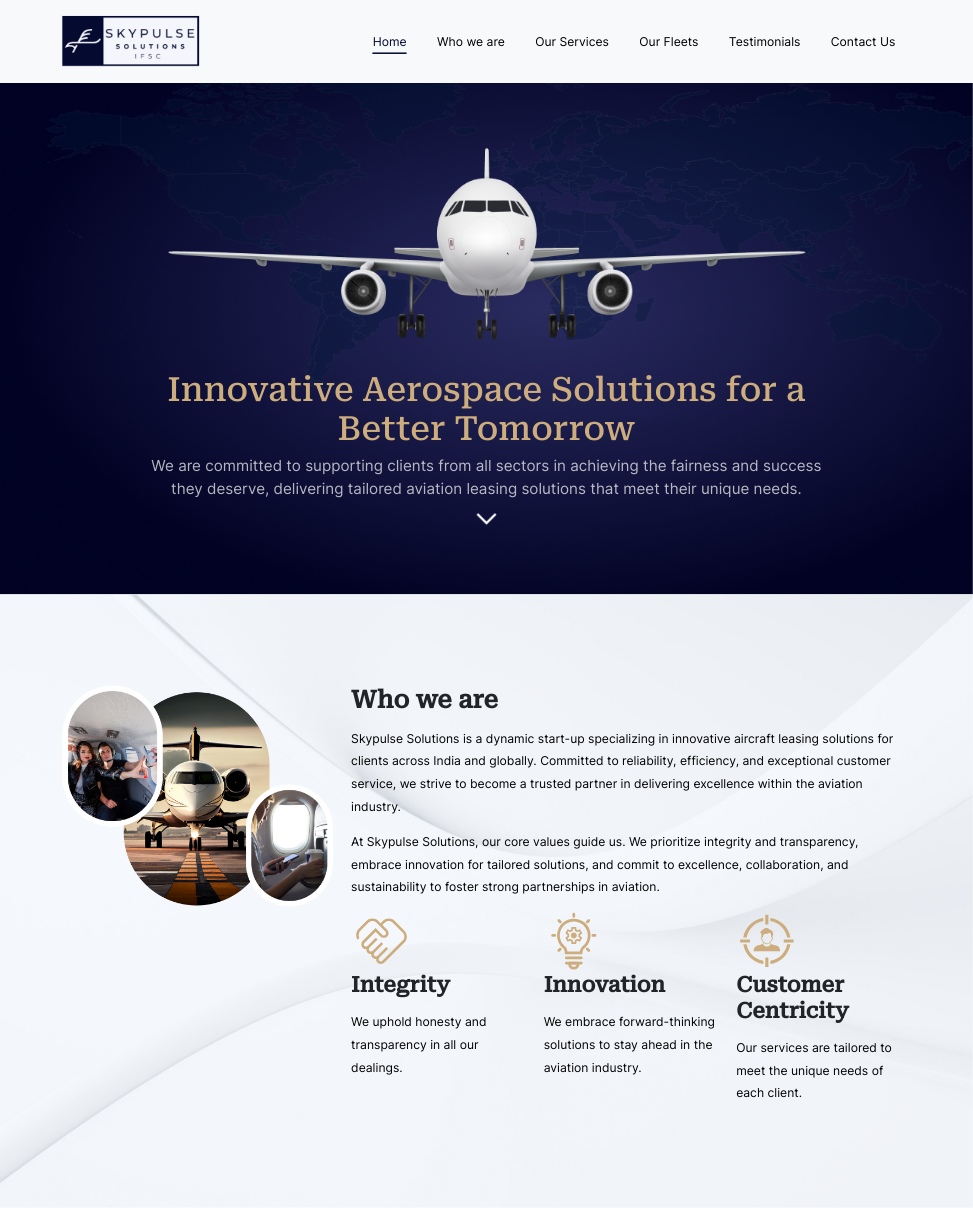
Repository: mangalravi/SkyPulse
Page: index.html
These files come from the project's save history. The page is drawn as it stood at one moment and after a run of saves; the edit follows.
The browser window is 1280 px wide. The pictures show the whole page, at 76% of full size.

Above is the page before, as saved 2024-12-30 10:27:08.

After the next 2 saves:
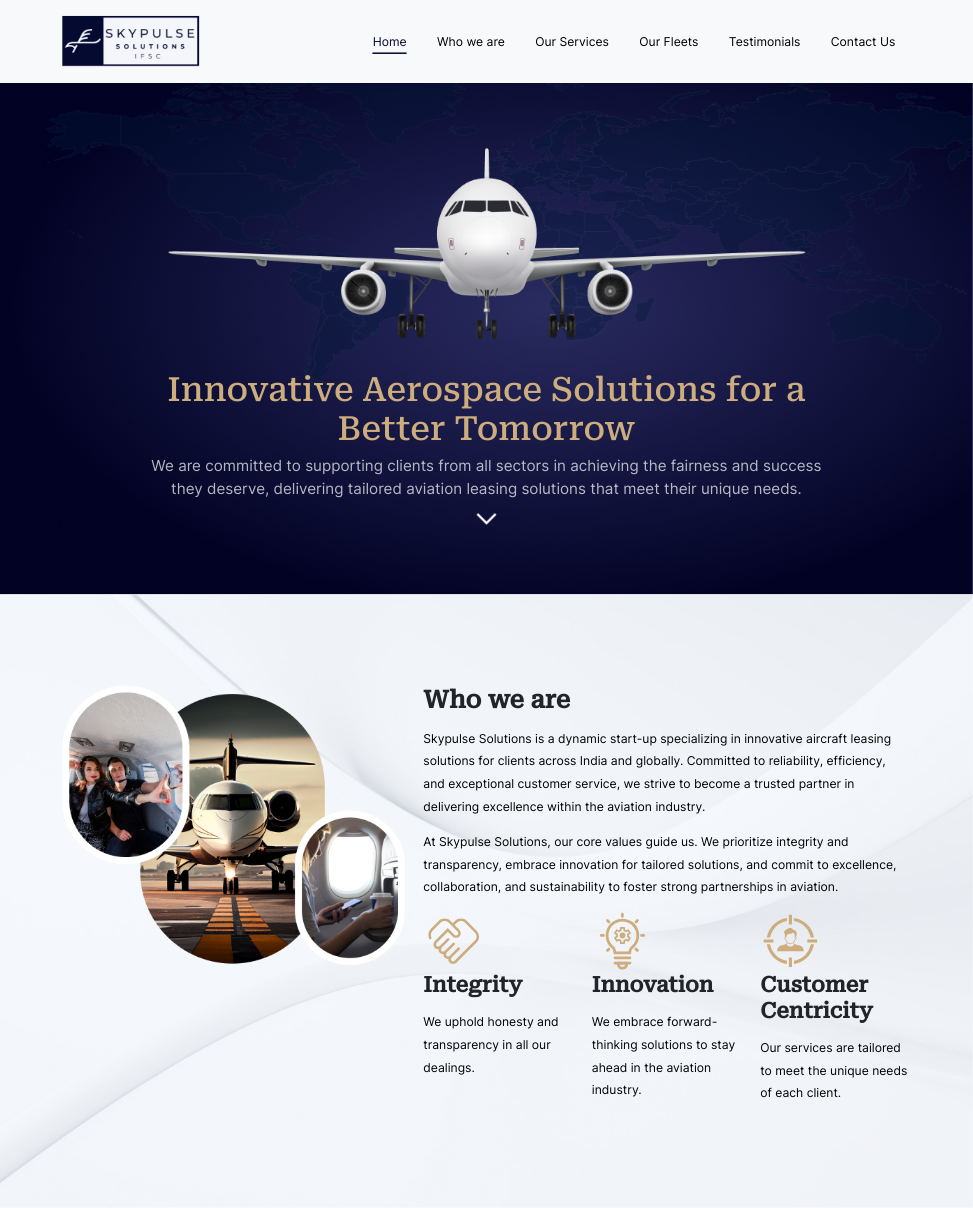
The 2 saves are shown as one change because they came seconds apart.
The last was saved 21 s later.
--- a/index.html
+++ b/index.html
@@ -76,10 +76,10 @@
    <section class="who-we-are" style="background:url(content/images/who-we-are-bg.jpg)">
     <div class="container">
       <div class="row justify-content-center">
-        <div class="col-md-4">
+        <div class="col-md-5">
 <img src="content/images/who-we-are.png" alt="who">
           </div>
-        <div class="col-md-8">
+        <div class="col-md-7">
 <h2 class="sec-head">Who we are</h2>
 <p class="sec-para">Skypulse Solutions is a
   dynamic start-up specializing in innovative aircraft leasing solutions
